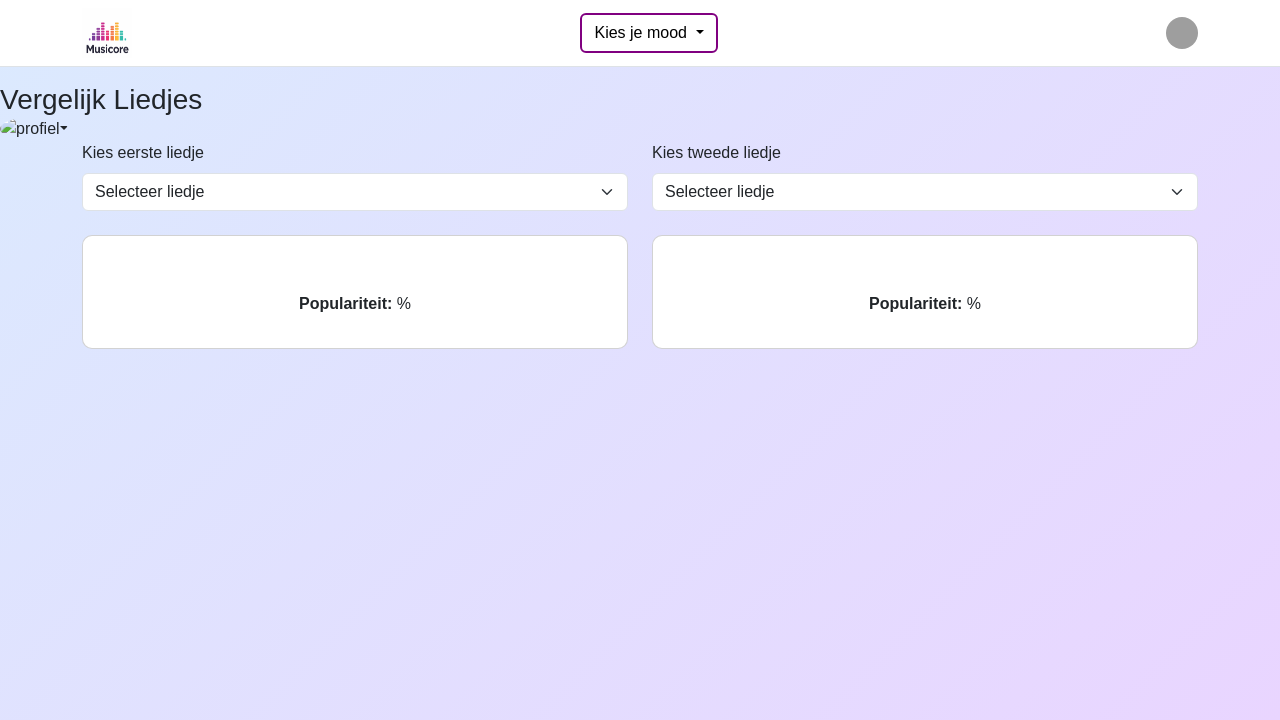
Repository: khadishat00/maskr
Page: maskr-frontend/compare.html
The author's editor kept a copy of each file at every save. The page is drawn from the files as they stood at one save, then again after the next save.
The browser window is 1280 px wide. The pictures show the whole page.
Pictures or frames that could not be fetched are drawn as grey boxes.

Above is the page before, as saved 2026-04-28 10:57:39.

### maskr-frontend/compare.html
<!DOCTYPE html>
<html lang="en">
<head>
    <meta charset="UTF-8">
    <meta name="viewport" content="width=device-width, initial-scale=1.0">

    <link href="https://cdn.jsdelivr.net/npm/bootstrap@5.3.3/dist/css/bootstrap.min.css" rel="stylesheet" />
    <script src="https://cdn.jsdelivr.net/npm/bootstrap@5.3.2/dist/js/bootstrap.bundle.min.js"></script>
    <link rel="stylesheet" href="css/general.css" />
    <script src="https://unpkg.com/lucide@latest"></script>
</head>
<header class="py-2 mb-3 border-bottom bg-white">
    <div
      class="container d-flex align-items-center justify-content-between"
    >
       <div class="logo">
       <a href="home.html"> <img src="assets/logo.png" alt="logo" width="50" height="50" /></a>
      </div>
      <div class="dropdown">
        <button
          class="btn dropdown-toggle"
          type="button"
          data-bs-toggle="dropdown"
          style="
            background-color: white;
            border: 2px solid purple;
            color: black;" >
          Kies je mood
        </button>
        <ul class="dropdown-menu">
          <li><a class="dropdown-item" href="#"> Blij</a></li>
          <li><a class="dropdown-item" href="#"> Moe</a></li>
          <li><a class="dropdown-item" href="#"> Gemotiveerd</a></li>
          <li><a class="dropdown-item" href="#"> Relaxed</a></li>
        </ul>
      </div>
      <div class="dropdown">
        <img
          src="https://images.pexels.com/photos/6985001/pexels-photo-6985001.jpeg"
          alt="profiel"
          width="32"
          height="32"
          class="rounded-circle dropdown-toggle"
          data-bs-toggle="dropdown"
          style="cursor: pointer"
        />

        <ul class="dropdown-menu dropdown-menu-end text-small shadow">
          <li><a class="dropdown-item" href="#">Profiel</a></li>  <!-- profile page nog aanmaken-->
          <li><hr class="dropdown-divider" /></li>
          <li><a class="dropdown-item" href="index.html">Afmelden</a></li>
        </ul>
      </div>
    </div>
  </header>
<body>
         <h3 class="mb-0">Vergelijk Liedjes</h3>

        <div class="dropdown">
            <img
                alt="profiel"
                width="32"
                height="32"
                class="rounded-circle dropdown-toggle"
                data-bs-toggle="dropdown"
                style="cursor: pointer"
            />

            <ul class="dropdown-menu dropdown-menu-end text-small shadow">
                <li><a class="dropdown-item" href="#">Profiel</a></li>
                <li><hr class="dropdown-divider" /></li>
                <li><a class="dropdown-item" href="index.html">Afmelden</a></li>
            </ul>
        </div>
    </div>
</header>

<div class="container">

    <!-- dropdowns -->
    <div class="row mb-4">
        <div class="col-md-6">
            <label class="form-label">Kies eerste liedje</label>
            <select id="song1" class="form-select">
                <option value="">Selecteer liedje</option>
            </select>
        </div>

        <div class="col-md-6">
            <label class="form-label">Kies tweede liedje</label>
            <select id="song2" class="form-select">
                <option value="">Selecteer liedje</option>
            </select>
        </div>
    </div>

    <!-- vergelijking -->
    <div class="row g-4" id="compareResult">

        <div class="col-md-6">
            <div class="card p-3 text-center">
                <img id="cover1" class="img-fluid rounded mb-3" style="max-height:300px; object-fit:cover;">
                <h4 id="title1"></h4>
                <p id="artist1"></p>
                <p><strong>Populariteit:</strong> <span id="pop1"></span>%</p>
            </div>
        </div>

        <div class="col-md-6">
            <div class="card p-3 text-center">
                <img id="cover2" class="img-fluid rounded mb-3" style="max-height:300px; object-fit:cover;">
                <h4 id="title2"></h4>
                <p id="artist2"></p>
                <p><strong>Populariteit:</strong> <span id="pop2"></span>%</p>
            </div>
        </div>

    </div>
</div>

<script src="compare.js"></script>

</body>
</html>

### maskr-frontend/css/general.css
body {
  min-height: 100vh;
  background: linear-gradient(135deg, #dbeafe, #e9d5ff) !important;
  font-family: sans-serif;
}

.card {
  border-radius: 10px;
  overflow: hidden;
  transition: transform 0.2s ease;
}

.card:hover {
  transform: scale(1.03);
}

.card-img-top {
  height: 200px;
  object-fit: cover;
}

.btn-dark:hover {
  background-color: #6b21a8;
}

.text-purple-900 {
  color: #6b21a8;
}

.text-purple-700 {
  color: #7c3aed;
}

.text-primary {
  color: #6b21a8 !important;
}

.search-wrapper {
  display: flex;
  align-items: center;
  background: white;
  border-radius: 14px;
  padding: 10px;
  position: relative;
}

.search-icon {
  position: absolute;
  left: 18px;
  width: 20px;
  height: 20px;
}

.custom-input {
  border: none;
  padding-left: 45px;
  height: 50px;
}

.custom-input:focus {
  box-shadow: none;
}

.btn-search {
  border-radius: 10px;
  padding: 10px 25px;
}

.action-card {
  border-radius: 14px;
  cursor: pointer;
  transition: all 0.2s ease;
}

.action-card:hover {
  transform: translateY(-4px);
  box-shadow: 0 10px 25px rgba(0, 0, 0, 0.1);
}

.icon-box {
  width: 56px;
  height: 56px;
  border-radius: 12px;
  display: flex;
  align-items: center;
  justify-content: center;
}

.gradient-blue {
  background: linear-gradient(135deg, #3b82f6, #06b6d4);
}

.gradient-orange {
  background: linear-gradient(135deg, #f59e0b, #f97316);
}

.song-of-the-week {
  border-radius: 14px;
  background: linear-gradient(135deg, #f3e8ff, #fce7f3);
}

.song-week-img {
  width: 110px;
  height: 110px;
  border-radius: 10px;
  object-fit: cover;
}

.song-card {
  border-radius: 14px;
  cursor: pointer;
  transition: all 0.2s;
}

.song-card:hover {
  transform: translateY(-4px);
  box-shadow: 0 8px 20px rgba(0, 0, 0, 0.1);
}

.song-img {
  width: 100%;
  aspect-ratio: 1/1;
  object-fit: cover;
  border-radius: 10px;
}

.song-title {
  font-weight: 600;
  font-size: 0.9rem;
  margin-top: 8px;
}

.song-artist {
  font-size: 0.8rem;
  color: #6b21a8;
}
.popularity-bar {
  height: 6px;
  background: #e5e7eb;
  border-radius: 10px;
  margin-top: 6px;
}

.popularity-fill {
  height: 6px;
  background: #9333ea;
  border-radius: 10px;
}
.action-card {
    cursor: pointer;
    transition: transform 0.2s ease;
}

.action-card:hover {
    transform: translateY(-5px);
}
.song-page{
  min-height:100vh;
}

.back-link{
  color:#000;
   text-decoration:none;
  font-weight:500;
  font-size:0.95rem;
}

.back-link:hover{
  color: blueviolet;
}

.song-cover{
  width:200px;
  border-radius:14px;
  object-fit:cover;
  box-shadow:0 10px 25px rgba(0,0,0,0.1);
}

.song-title-large{
  font-size:2rem;
  font-weight:700;
}

.song-artist-large{
  font-size:1.1rem;
  color:#6b21a8;
}

.song-album{
  font-size:0.9rem;
}

.song-buttons .btn{
  border-radius:10px;
  padding:8px 18px;
}

.audio-card{
  background:white;
  border-radius:14px;
  padding:30px;
  margin-top:40px;
  box-shadow:0 10px 25px rgba(0,0,0,0.08);
}

.feature{
  border-left:4px solid #9333ea;
  padding-left:14px;
}

.feature h6{
  color:#9333ea;
  font-size:0.85rem;
  margin-bottom:5px;
}

.feature-value{
  font-size:1.4rem;
  font-weight:700;
}

.feature p{
  font-size:0.8rem;
  color:#000;
}

 /* collectie pagina */

.search{
    padding: 10px;
    float: left;
    width: 20%;
    border: none;
    cursor: pointer;
}

/*  guessthesong */



.game-container {
  width: 300px;
  border: 1px solid white;
  padding: 50px;
  margin: 30px;
  display: flex;
  flex-direction: column;
  align-items: center;
  justify-content: center;
  padding-bottom: 50px;
  border-style: solid;
  background-color: white;
  border-color: #f2f2f2;
  border-radius: 9px;
}
.spelen{
    gap: 20px;
}
.musicnote{

    text-align: left;
    width: 100%;
    padding: 10px;
}
 button, .musicnote {
    display: flex;
    align-items: center;
    gap: 6px;
}

.spelen img{
    width: 80%;
    border-radius: 6px;
}
.afspelen {
    gap: 10px;

}
.afspelen button{
    color: white;
    background-color: black;
    border-radius: 4px;
    border: none;
    gap: 20px;

}
.button1{
    display: flex;
    background-color: white;
    cursor: pointer;
    padding: 10px;
    border: none;
    border-radius: 8px;
    font-size: 10px;

}

.liedje{
    padding: 15px;
    align-items: start;
    font-size: 12px;
}
.hoe {
    color: blue;
    border-style: solid;
    background-color: rgb(138, 134, 169);
    padding-bottom: 55px;
    font-size: 10px;
    align-items: start;
    padding: 15px;
}

### maskr-frontend/js/compare.js
// compare.js

const songs = [
{
title:"Blinding Lights",
artist:"The Weeknd",
popularity:95,
cover:"https://images.unsplash.com/photo-1470225620780-dba8ba36b745?w=300"
},
{
title:"Shape of You",
artist:"Ed Sheeran",
popularity:92,
cover:"https://images.unsplash.com/photo-1511671782779-c97d3d27a1d4?w=300"
},
{
title:"STAY",
artist:"The Kid LAROI",
popularity:91,
cover:"https://images.unsplash.com/photo-1493225457124-a3eb161ffa5f?w=300"
},
{
title:"Watermelon Sugar",
artist:"Harry Styles",
popularity:90,
cover:"https://images.unsplash.com/photo-1507874457470-272b3c8d8ee2?w=300"
},
{
title:"Heat Waves",
artist:"Glass Animals",
popularity:89,
cover:"https://images.unsplash.com/photo-1501386761578-eac5c94b800a?w=300"
},
{
title:"Levitating",
artist:"Dua Lipa",
popularity:88,
cover:"https://images.unsplash.com/photo-1518972559570-7cc1309f3229?w=300"
}
];

const select1 = document.getElementById("song1");
const select2 = document.getElementById("song2");

// dropdown vullen
songs.forEach(song => {
    const option1 = document.createElement("option");
    option1.value = song.title;
    option1.textContent = `${song.title} - ${song.artist}`;
    select1.appendChild(option1);

    const option2 = document.createElement("option");
    option2.value = song.title;
    option2.textContent = `${song.title} - ${song.artist}`;
    select2.appendChild(option2);
});

function updateComparison() {
    const songA = songs.find(s => s.title === select1.value);
    const songB = songs.find(s => s.title === select2.value);

    if (songA) {
        document.getElementById("cover1").src = songA.cover;
        document.getElementById("title1").textContent = songA.title;
        document.getElementById("artist1").textContent = songA.artist;
        document.getElementById("pop1").textContent = songA.popularity;
    }

    if (songB) {
        document.getElementById("cover2").src = songB.cover;
        document.getElementById("title2").textContent = songB.title;
        document.getElementById("artist2").textContent = songB.artist;
        document.getElementById("pop2").textContent = songB.popularity;
    }
}

select1.addEventListener("change", updateComparison);
select2.addEventListener("change", updateComparison);

After the next save:
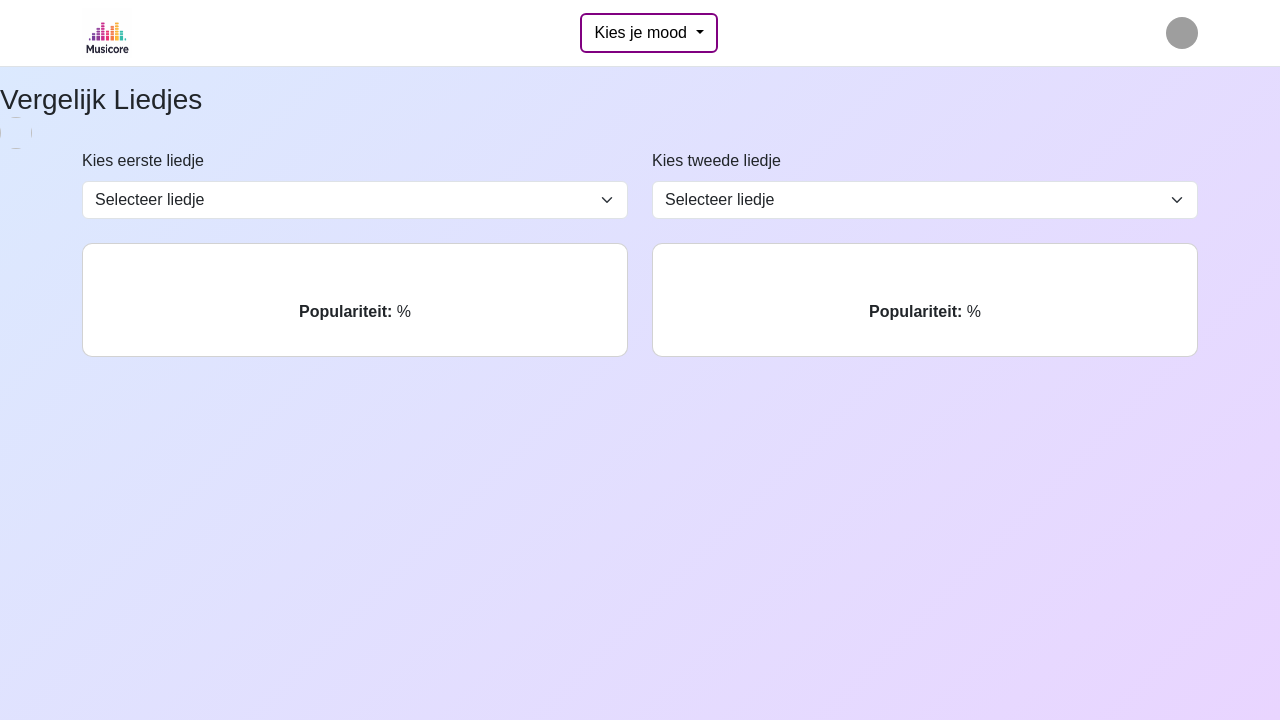
Saved 5 s later.
--- a/maskr-frontend/compare.html
+++ b/maskr-frontend/compare.html
@@ -58,7 +58,6 @@
 
         <div class="dropdown">
             <img
-                alt="profiel"
                 width="32"
                 height="32"
                 class="rounded-circle dropdown-toggle"
